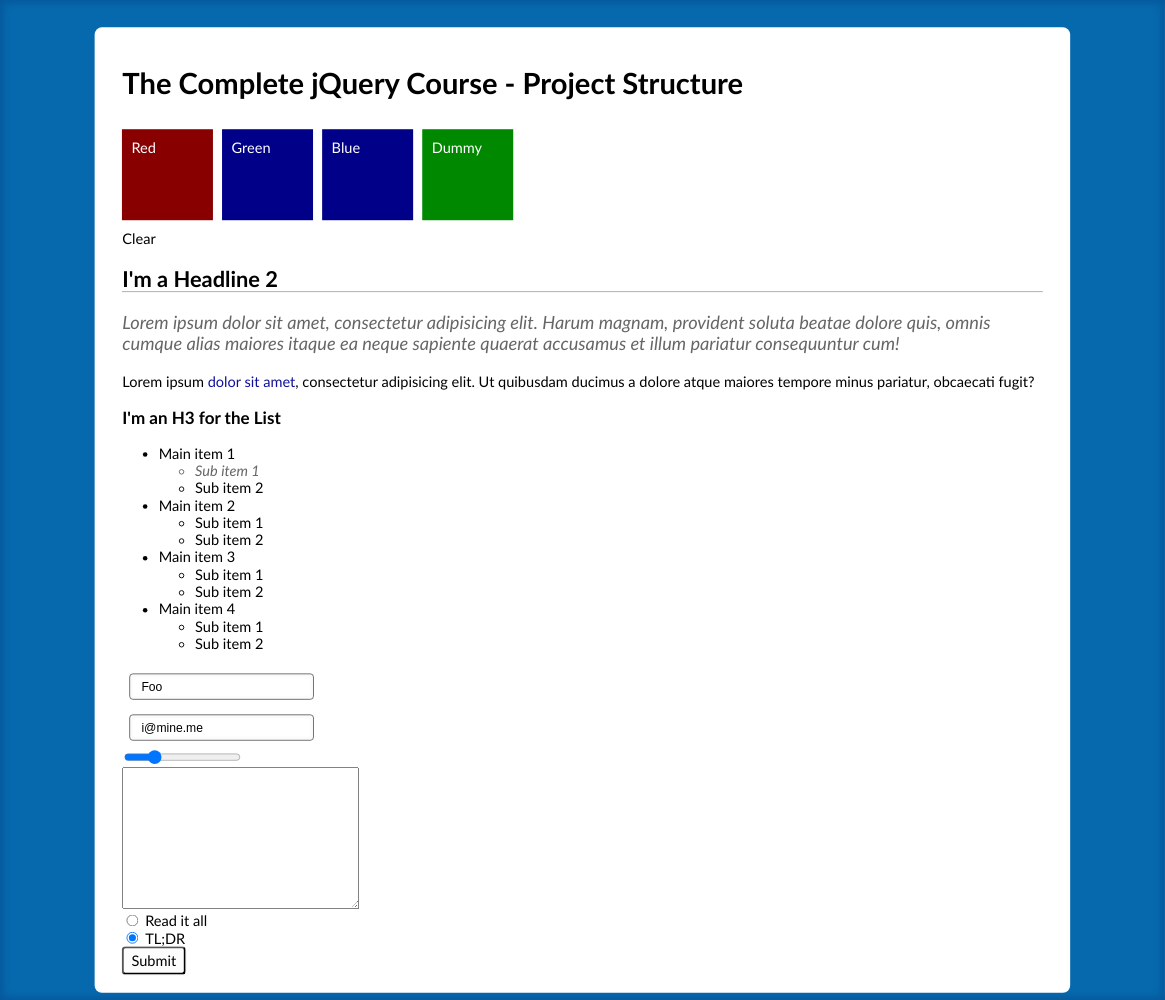
Repository: vpriyankaprabhu/Jquery-examples
Page: 06/mouseenter-mouseleave/index.html
An editor plug-in stored every save of this project. The page is shown before and after the next save, followed by the edit.
The browser window is 1280 px wide. The pictures show the whole page, at 91% of full size.

Above is the page before, as saved 2024-12-30 15:26:29.

After the next save:
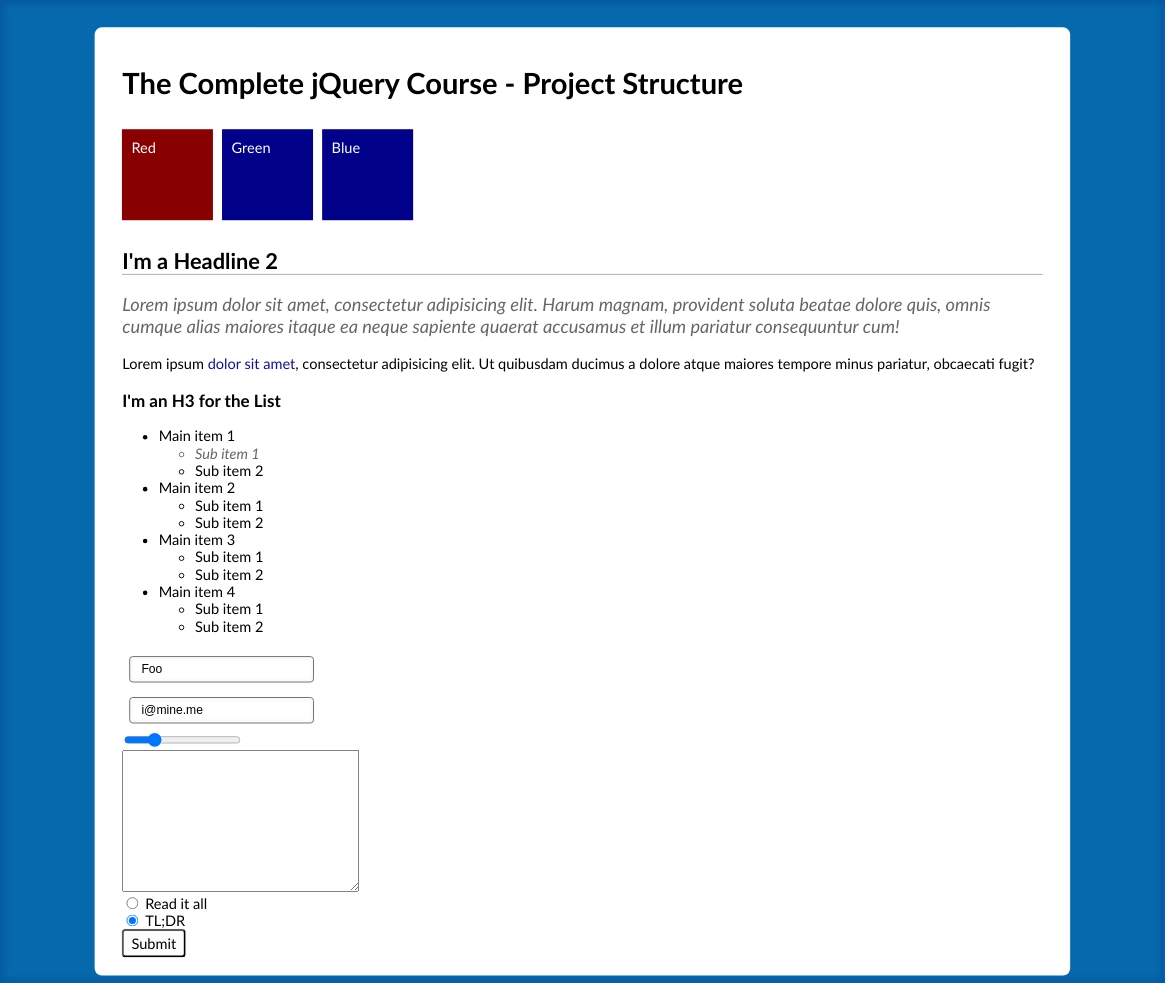
Saved 4 min 4 s later.
--- a/06/mouseenter-mouseleave/index.html
+++ b/06/mouseenter-mouseleave/index.html
@@ -14,8 +14,7 @@
     <div class="red-box">Red</div>
     <div class="green-box">Green</div>
     <div class="blue-box">Blue</div>
-    <div class="dummy">Dummy</div>
-    <div class="clear">Clear</div>
+    <div class="clear"></div>
 
     <h2>I'm a Headline 2</h2>
     <p>Lorem ipsum dolor sit amet, consectetur adipisicing elit. Harum magnam, provident soluta beatae dolore quis, omnis cumque alias maiores itaque ea neque sapiente quaerat accusamus et illum pariatur consequuntur cum!</p>
